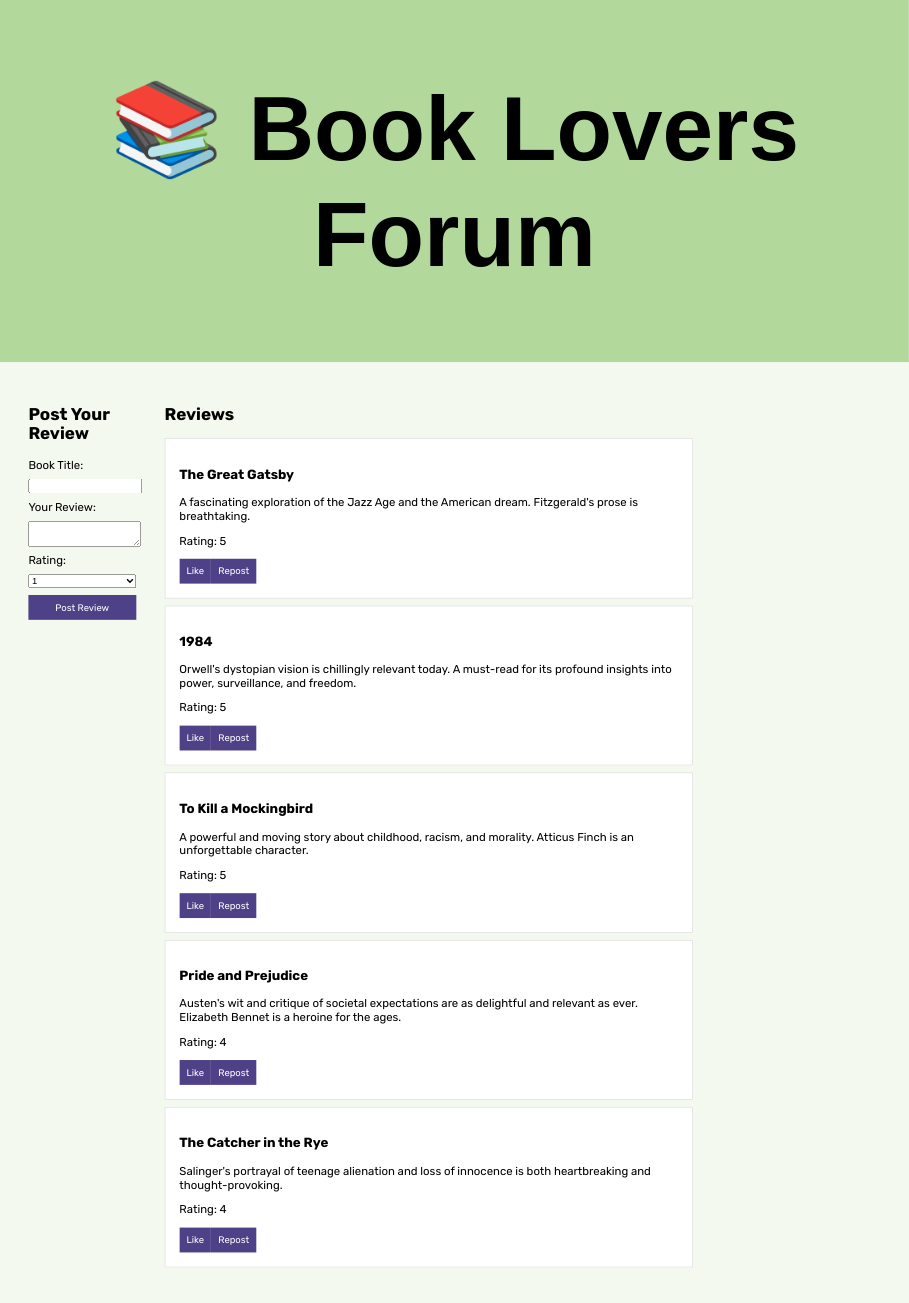
Repository: valentinaarojas/virtual-book-club
Page: index.html
These files come from the project's save history. The page is drawn as it stood at one moment and after a run of saves; the edit follows.
The browser window is 1280 px wide. The pictures show the whole page, at 71% of full size.
Some web fonts or font styles are not loaded; a fallback is used.

Above is the page before, as saved 2025-02-12 17:30:50.
Console error: ReferenceError: form is not defined

After the next 2 saves:
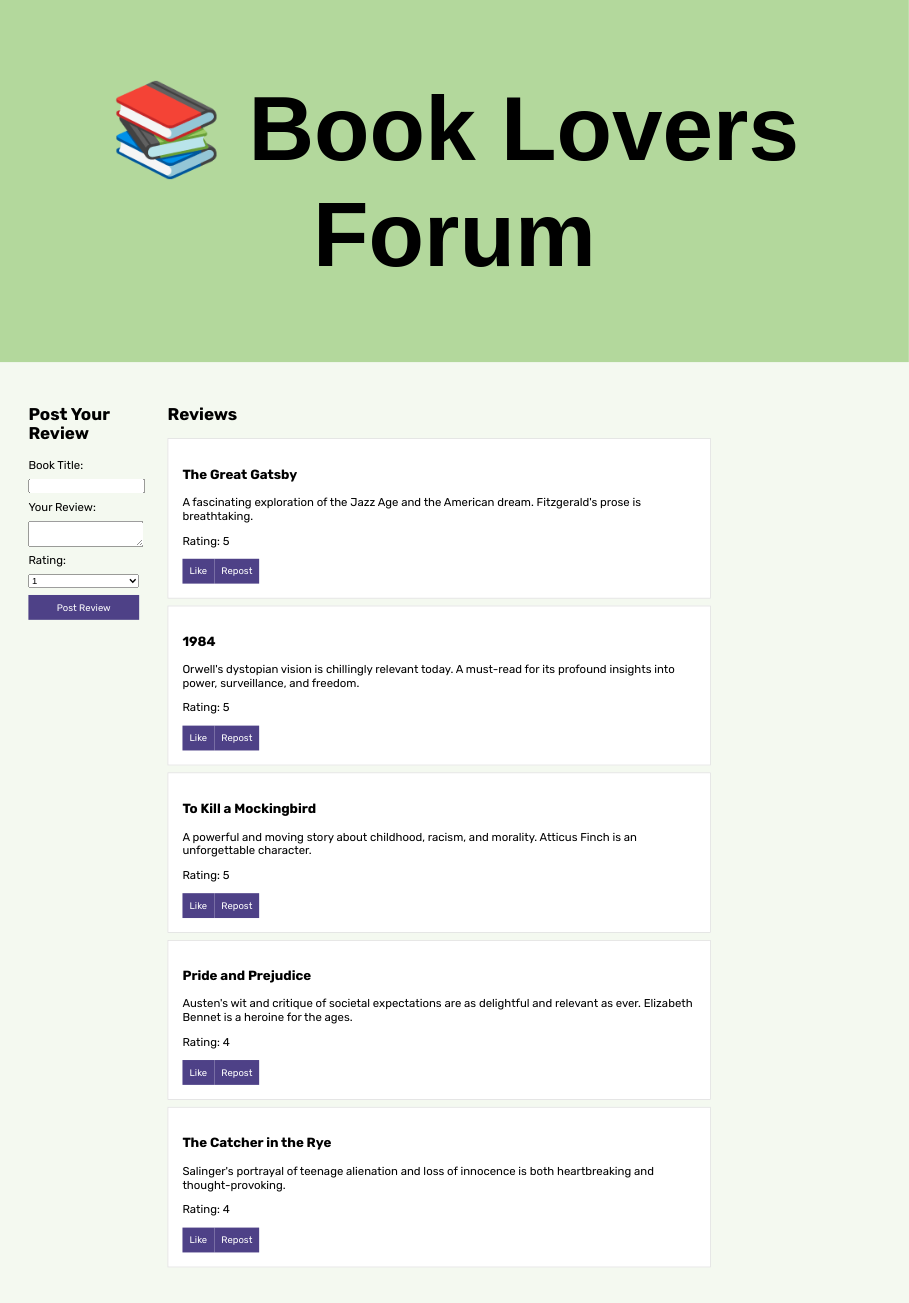
The 2 saves are shown as one change because they came seconds apart.
The last was saved 25 s later.
--- a/index.html
+++ b/index.html
@@ -37,7 +37,7 @@
                 <!-- Reviews will be dynamically inserted here -->
             </div>
         </section>
-        <div class="alert success" style="visibility: hidden;">Your message has been sent successfully!</div>
+        <div class="alert-success" style="visibility: hidden;">Your message has been sent successfully!</div>
     </main>
     <script src="script.js"></script>
 </body>

After the 2 saves that followed:
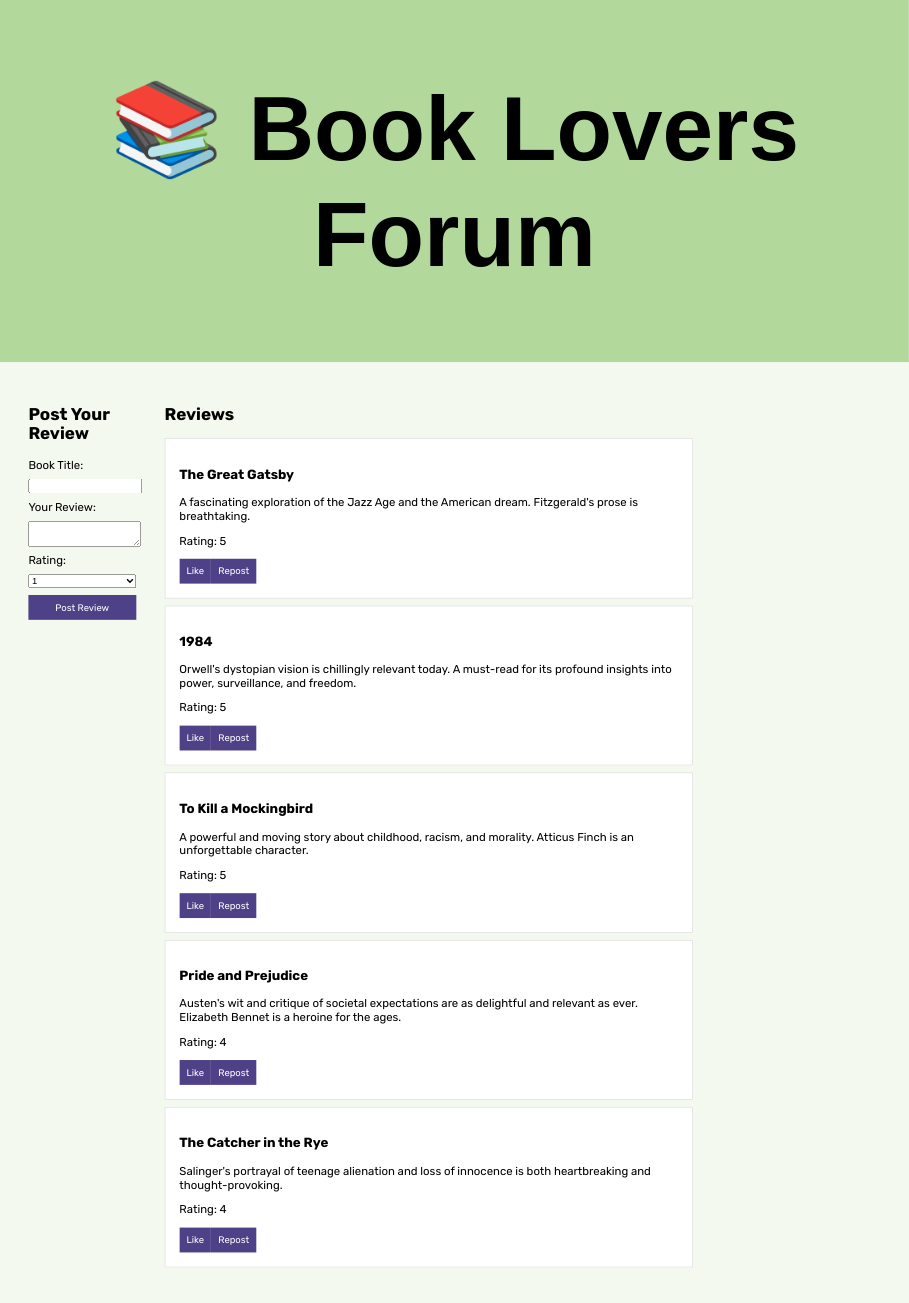
The 2 saves are shown as one change because 1 left the picture as it was.
The last was saved 11 s later.
--- a/styles.css
+++ b/styles.css
@@ -77,7 +77,7 @@ button:active {
     background-color: #f9f9f9;
 }
 
-.alert {
+.alert-success{
     padding: 15px;
     margin-bottom: 20px;
     border: 1px solid transparent;
